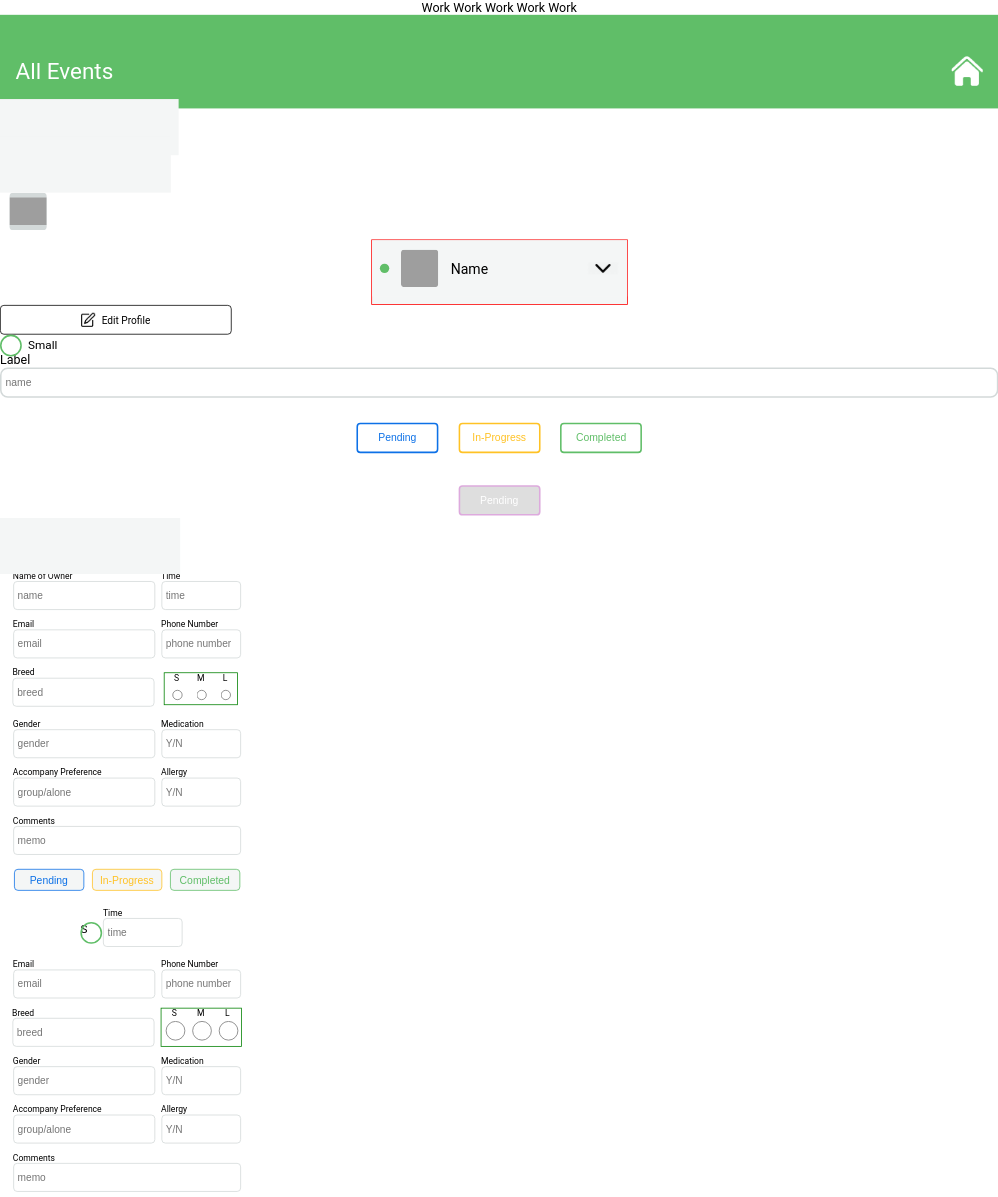
Repository: tanishap11/MDIA3109-Midterm
Page: / (app in midterm/)
The author's editor kept a copy of each file at every save. The page is drawn from the files as they stood at one save, then again after the next save.
The browser window is 1280 px wide. The pictures show the whole page, at 78% of full size.
Pictures or frames that could not be fetched are drawn as grey boxes. The project was rebuilt for these pictures with package versions that can differ from the ones it lists, and the page was loaded fresh each time. Also part of the build but not shown: midterm/src/comps/Avatar/index.js, midterm/src/comps/Dot/index.js.

Above is the page before, as saved 2021-02-04 19:30:35.

### midterm/src/App.js
import './App.scss';
import Main from 'pages/main';

function App() {
  return (
    <div className="App">
      Work Work Work Work Work
      <Main />
    </div>
  );
}

export default App;

### midterm/src/App.scss
.App {
  text-align: center;
  font-family: 'roboto';
}

### midterm/src/pages/main/index.js
import React, { useState, useEffect } from 'react';
import Upload from 'comps/Upload';
import Avatar from 'comps/Avatar';
import Dot from 'comps/Dot';
import Pro_box from 'comps/Pro_box';
import Oliver from '../../image/oliver.jpeg';
import Spotty from '../../image/spotty.png';
import {Pending, Progress, Completed} from 'comps/Dot';
import EditBtn from 'comps/EditButton';
import Banner from 'comps/Banner';
import FliterCheck from 'comps/FliterCheck';
import FilterButton from 'comps/FilterButton';
import ActiveFilterImage from '../../image/filter-active.png';

import Input from 'comps/Input';
import PendingButton from 'comps/ProgressBut/Pending';
import ProgressButton from 'comps/ProgressBut/InProgress';
import CompletedButton from 'comps/ProgressBut/Completed';
import LandingPage from 'comps/ProgressBut/Test';

import Input_box from 'comps/inputBox';
import FilterBox from 'comps/FilterBox';
// require('typeface-roboto');

const Main = () => {

  const [clickedButton, setClickedButton] = useState(null);

  const ButtonColorSelect = (name) =>{
    setClickedButton(name);
  }

  return <div className="main">
    <Banner />
    <FilterButton />
    <FilterButton name="Add" display="none" img=""/>
      <Upload />
      <Pro_box />
      <EditBtn />
      <FliterCheck />
      <Input /> <br/>
      <PendingButton
          colorChange={ButtonColorSelect}
          name="Pending"
        />
        {/* <br/><br/> */}
        <ProgressButton
          colorChange={ButtonColorSelect}
          name="Pending"
        />
        {/* <br/><br/> */}
       <CompletedButton
          colorChange={ButtonColorSelect}
          name="Pending"
        />
        <LandingPage></LandingPage>


      <FilterButton bgcolor="white" border="2px solid #60BE68" color="#60BE68" img={ActiveFilterImage}/>
      <Input_box />


      <FilterBox />
  </div>

}

export default Main;

### midterm/src/comps/Upload/index.js
import React from 'react';
import styled from 'styled-components';
import UploadImage from '../../image/upload.png';

const Container = styled.div`
min-width: ${props=>props.width ? props.width : "48px"};
min-height: ${props=>props.height ? props.height : "48px"};
max-width: ${props=>props.width ? props.width : "48px"};
max-height: ${props=>props.height ? props.height : "48px"};
// display: flex;
// flex-direction: column;
// justify-cotent: center;
align-items: center;
background-image: url(${props=>props.img ? props.img : UploadImage});
background-size: contain;
background-repeat: no-repeat;
background-position: center;
background-color: #D3D9D9;
border-radius: 5px;
margin: 12px;
`;

const Upload = ({width, height, img}) => {
    return <Container width={width} height={height} img={img}>

    </Container>
};

Upload.defaultProps = {
    width: null,
    height: null,
    img: null,
}

export default Upload;

### midterm/src/comps/EditButton/index.js
import React from 'react';
import styled from 'styled-components';
import Edit from '../../image/edit.png';


const Container = styled.div`
min-width: ${props=>props.width ? props.width : "295px"};
min-height: ${props=>props.height ? props.height : "36px"};
max-width: ${props=>props.width ? props.width : "295px"};
max-height: ${props=>props.height ? props.height : "36px"};
background-color: "#ffffff";
border-radius:5px;
border:black solid 1px;
display:flex;
justify-content:center;
align-items:center;
font-size:13px;

`;

const EditIcon = styled.div`
    min-width: ${props=>props.width ? props.width : "18px"};
    min-height: ${props=>props.height ? props.height : "18px"};
    max-width: ${props=>props.width ? props.width : "18px"};
    max-height: ${props=>props.height ? props.height : "18px"};
    background-image: url(${Edit});
    background-size: cover;
    background-repeat: no-repeat;
    background-position: center;
    margin-right:8px;
`;

const textBox = styled.div``;

const EditBtn = ({width, height, bgcolor, img, text}) => {
    return <Container width={width} height={height} bgcolor={bgcolor}>
        <EditIcon />
        <textBox>{text}</textBox>
    </Container>
};

EditBtn.defaultProps = {
    width: null,
    height: null,
    bgcolor: "#ffffff",
    img: null,
    text: "Edit Profile"
}

export default EditBtn;

### midterm/src/comps/Banner/index.js
import React from 'react';
import styled from 'styled-components';
import Home from '../../image/home.png';

const Container = styled.div`
min-width: ${props=>props.width ? props.width : "50%"};
min-height: ${props=>props.height ? props.height : "96px"};
max-width: ${props=>props.width ? props.width : "100vw"};
max-height: ${props=>props.height ? props.height : "auto"};
display: flex;
justify-content:space-between;
align-items: center;
color:${props=>props.bgcolor ? props.bgcolor : "#ffffff"};
background-color: ${props=>props.bgcolor ? props.bgcolor : "#60BE68"};
font-size: 1.8em;
padding:24px 20px 0px 20px;
`;

const HomeIcon = styled.div`
min-width: ${props=>props.width ? props.width : "40px"};
min-height: ${props=>props.height ? props.height : "38px"};
max-width: ${props=>props.width ? props.width : "40px"};
max-height: ${props=>props.height ? props.height : "38px"};
background-image: url(${Home});
background-size: cover;
background-repeat: no-repeat;
background-position: center;
`;

const Banner = ({width, height,color, bgcolor, text}) => {
    return <Container color={color} bgcolor={bgcolor} width={width} height={height}>
        {text}
        <HomeIcon />
    </Container>
};

Banner.defaultProps = {
    width: null,
    height: null,
    color:null,
    bgcolor: null,
    text: "All Events"
}

export default Banner;

### midterm/src/comps/Input/index.js
import React, {useState, useEffect} from 'react';
import styled from 'styled-components';

const Container = styled.div`
display:flex;
text-align:left;
flex-direction:column;
max-width:
`;

const InputBox = styled.input`
min-height:25px;
border-radius: 10px;
border: 2px solid #D3D9D9;
padding:5px;
`;



const Input = ({ title, name, width, height, bgcolor, onInputComplete, onContainerSelect }) => {

    const [username, setUsername] = useState("");




    return <Container OnClick={()=>{
        onContainerSelect(name);
    }} >
        <div className="title">{title}</div>
            <InputBox type='text' placeholder='name' onChange={(e)=>{
                setUsername(e.target.value);
            }}>{}</InputBox>

    </Container>
}

Input.defaultProps = {
    width: null,
    height: null,
    bgcolor: null,
    onInputComplete: () => {},
    onContainerSelect: () => {},
    title:'Label',
}

export default Input;








// const Container = styled.div`
// min-width:${props=>props.width ? props.width : "300px"};
// min-height:${props=>props.height ? props.height : "100px"};
// max-width:${props=>props.width ? props.width : "50%}"};
// max-height:${props=>props.height ? props.height : "300px"};
// padding:10px;
// display: flex;
// flex-direction:column;
// ${props => props.bgcolor && "background-color:"+props.bgcolor+";"}
// & > span {
//     margin:5px;
// }

// `;

// const InputBox = styled.input`
// min-height:25px;
// padding:5px;
// `;

// const Input = ({name}) =>{
//     return <Container>
//         <InputBox>
//             <div>{name}</div>
//         </InputBox>

//     </Container>
// }

// Input.defaultProps = {
//     name:'Comments',
// }

// export default Input;

### midterm/src/comps/ProgressBut/Pending/index.js
import React, {useState, useEffect} from 'react';
import styled from 'styled-components';
// import Button from '@material-ui/core/Button'

// const Button = styled.button`
//     padding: 10px 15px;
//     border-radius:5px;
//     min-height:26px;
//     min-width:90px;
//     color: #0D71E7;
//     border: 2px solid #0D71E7;
//     background-color: #ffffff;
//     cursor:pointer;
// `;

// function PendingButton() {
//     const [color, setColor]=useState('#DDD')
//     function customMe()
//     {
//         setColor('#ADD')
//     }
//     return (
//         <Button
//         color={color}
//         variant="outlined"
//         onClick={()=>customMe()}
//         >Pending
//         </Button>
//     )
// }












const FormButton = styled.button`
padding: 10px 15px;
border-radius:5px;
min-height:26px;
min-width:105px;
max-width:105px;
color: #0D71E7;
border: 2px solid #0D71E7;
background-color: #ffffff;
cursor: pointer;
margin:1%;
`;

const PendingButton = ({ name, width, height, bgcolor, colorChange, onContainerSelect }) => {

    const [username, setUsername] = useState("");
    const [pass, setPass] = useState("");
    const [msg, setMsg] = useState("");
    const [check1, setCheck1] = useState(false);
    const [check2, setCheck2] = useState(false);
    const [check3, setCheck3] = useState(false);


    useEffect(()=>{
        setCheck1(check3);
        setCheck2(check3);
    }, [check3]);

    useEffect(()=>{
        // alert("change bg");
    }, [bgcolor]);


    return<FormButton onClick={()=>{
            colorChange(name);
        }} bgcolor={bgcolor}>
            Pending
    </FormButton>

}

PendingButton.defaultProps = {
    width: null,
    height: null,
    bgcolor: null,
    colorChange: () => {},
}

export default PendingButton;

### midterm/src/comps/ProgressBut/InProgress/index.js
import React, {useState, useEffect} from 'react';
import styled from 'styled-components';
// import Button from '@material-ui/core/Button'

// const Button = styled.button`
//     padding: 10px 15px;
//     border-radius:5px;
//     min-height:26px;
//     min-width:90px;
//     color: #FFC225;
//     border: 2px solid #FFC225;
//     background-color: #ffffff;
//     cursor:pointer;
// `;

// function ProgressButton() {
//     const [color, setColor]=useState('#DDD')
//     function customMe()
//     {
//         setColor('#ADD')
//     }
//     return (
//         <Button
//         color={color}
//         variant="outlined"
//         onClick={()=>customMe()}
//         >Progress
//         </Button>
//     )
// }












const FormButton = styled.button`
padding: 10px 15px;
border-radius:5px;
min-height:26px;
min-width:105px;
max-width:105px;
color: #FFC225;
border: 2px solid #FFC225;
background-color: #ffffff;
cursor: pointer;
margin:1%;
`;

const ProgressButton = ({ name, width, height, bgcolor, colorChange, onContainerSelect }) => {

    const [username, setUsername] = useState("");
    const [pass, setPass] = useState("");
    const [msg, setMsg] = useState("");
    const [check1, setCheck1] = useState(false);
    const [check2, setCheck2] = useState(false);
    const [check3, setCheck3] = useState(false);


    useEffect(()=>{
        setCheck1(check3);
        setCheck2(check3);
    }, [check3]);

    useEffect(()=>{
        // alert("change bg");
    }, [bgcolor]);


    return<FormButton onClick={()=>{
            colorChange(name);
        }} bgcolor={bgcolor}>
            In-Progress
    </FormButton>

}

ProgressButton.defaultProps = {
    width: null,
    height: null,
    bgcolor: null,
    colorChange: () => {},
}

export default ProgressButton;

### midterm/src/comps/ProgressBut/Completed/index.js
import React, {useState, useEffect} from 'react';
import styled from 'styled-components';
// import Button from '@material-ui/core/Button'

// const Button = styled.button`
//     padding: 10px 15px;
//     border-radius:5px;
//     min-height:26px;
//     min-width:90px;
//     color: #60BE68;
//     border: 2px solid #60BE68;
//     background-color: #ffffff;
//     cursor:pointer;
// `;

// function CompletedButton() {
//     const [color, setColor]=useState('#DDD')
//     function customMe()
//     {
//         setColor('#ADD')
//     }
//     return (
//         <Button
//         color={color}
//         variant="outlined"
//         onClick={()=>customMe()}
//         >Completed
//         </Button>
//     )
// }












const FormButton = styled.button`
padding: 10px 15px;
border-radius:5px;
min-height:26px;
min-width:105px;
max-width:105px;
color: #60BE68;
border: 2px solid #60BE68;
background-color: #ffffff;
cursor: pointer;
margin:1%;
`;

const CompletedButton = ({ name, width, height, bgcolor, colorChange, onContainerSelect }) => {

    const [username, setUsername] = useState("");
    const [pass, setPass] = useState("");
    const [msg, setMsg] = useState("");
    const [check1, setCheck1] = useState(false);
    const [check2, setCheck2] = useState(false);
    const [check3, setCheck3] = useState(false);


    useEffect(()=>{
        setCheck1(check3);
        setCheck2(check3);
    }, [check3]);

    useEffect(()=>{
        // alert("change bg");
    }, [bgcolor]);


    return<FormButton onClick={()=>{
            colorChange(name);
        }} bgcolor={bgcolor}>
            Completed
    </FormButton>

}

CompletedButton.defaultProps = {
    width: null,
    height: null,
    bgcolor: null,
    colorChange: () => {},
}

export default CompletedButton;

### midterm/src/comps/ProgressBut/Test/index.js
import React, { Component } from 'react';
import styled from 'styled-components';

const Container = styled.div`
  .buttonthink {
      padding: 10px 15px;
      border-radius:5px;
      min-height:26px;
      min-width:105px;
      max-width:105px;
      color: white;
      border: 2px solid #DAD;
      background-color: #grey;
      cursor: pointer;
      margin:1%;
  }
`;

class LandingPage extends Component {



  constructor(props) {
    super(props);

    this.state = {
      name: '',
      message: '',
      list: [],

      font: "black",
      color: "#dedede"


    }
  }


 onChange = () => {
  var left = document.querySelectorAll(".left");
  if (this.state.color === '#dedede'){
    this.setState({ color: '#DAD' });
  }
  else {
    this.setState({ color: '#dedede' });
  }
}

  render() {
    return <Container className='container'>

      {/* messages will be listed here */}
      <div className='messagesDiv' id='messagesDivId'>
        <ul>
          {/* List array is mapped through*/}
          {this.state.list.map(item => {
            return (
              <li className={(item.name === this.state.name ? 'right' : 'left')}
              style={{ color: this.state.font }}
                key={item.id}
                id={item.id}>
                {item.name}: {item.message}
              </li>
            )
          })}
        </ul>
      </div>

      {/*think, delete options*/}

      <button className='buttonthink' style={{ backgroundColor: this.state.color,  }} onClick={this.onChange}>Pending</button>

    </Container>
  }
}

export default LandingPage;

### midterm/src/comps/inputBox/index.js
import React, { useState, useEffect } from 'react';
import styled from 'styled-components';


const Container = styled.div`
    width: 325px;
    height:auto;
    display:flex;
    flex-direction:column;
    justify-content:center;
    align-items:center;
    // border: solid 1px red;
`;

const InputRow = styled.div`
    display:flex;
    justify-content:center;
    div{
        display:inline-flex;
        flex-direction:column;
        align-items:flex-start;
        margin:6px 4px;
    }
`;
const InputRadio = styled.div`
    display:inline-flex !important;
    flex-direction:row !important;
    border: 1px solid green;
    margin-left: 6px;
    div{
        display:flex;
        align-items:center;
        margin: 0px 5px;
    }
`;

const InputLabel = styled.label`
    font-size: 11px;

`
const InputForm = styled.input`
    min-width: ${props=>props.width ? props.width : "90px"};
    min-height: ${props=>props.height ? props.height: "28px"};
    max-width: ${props=>props.width ? props.width : "280px"};
    overflow:hidden;
    font-size:13px;
    border: 1px solid #D3D9D9;
    border-radius:5px;
    min-height:25px;
    padding:5px;

`;

const InputRadioForm = styled.input`
    min-width: ${props=>props.width ? props.width : "12px"};
    min-height: ${props=>props.height ? props.height: "24px"};
    overflow:hidden;
`;
export const Pending = "#0D71E7";
export const Progress = "#FFC225";
export const Completed = "#60BE68";

const ButtonRow = styled.div`
    display:flex;
    align-items:space-between;
    justify-contents:center;
`;
const ProcessBtn = styled.button`
    min-width: ${props=>props.width ? props.width : "90px"};
    min-height: ${props=>props.height ? props.height: "28px"};
    border: ${props=>props.bdcolor ?  "1px solid"+props.bdcolor+";" : "none"};
    border-radius:5px;
    color:${props=>props.ftcolor ? props.ftcolor : "#F4F6F6" };
    background-color:${props=>props.bgcolor ?  "#F4F6F6" : props.bgcolor};
    :active, :focus{
        background-color:${props=>props.bgcolor ? props.bgcolor : "#F4F6F6"};
        color:${props=>props.ftcolor ? "#F4F6F6" : props.ftcolor};
    }
    margin:12px 5px 16px 5px;
`;


const Input_box = ({ width, height,text, bgcolor, bdcolor, ftcolor, onBtnSelect}) => {

    return <Container width={width} height={height}>
        <InputRow>
            <div>
                <InputLabel for="owner" >Name of Owner</InputLabel>
                <InputForm width="170px" height={height}  type='text' placeholder='name' />
            </div>
            <div>
                <InputLabel for="time" >Time</InputLabel>
                <InputForm width="90px" height={height}  type='text' placeholder='time' />
            </div>
        </InputRow>
        <InputRow>
            <div>
                <InputLabel for="email" >Email</InputLabel>
                <InputForm width="170px" height={height}  type='text' placeholder='email' />
            </div>
            <div>
                <InputLabel for="phone" >Phone Number</InputLabel>
                <InputForm width="90px" height={height}  type='text' placeholder='phone number' />
            </div>
        </InputRow>
        <InputRow>
            <div>
                <InputLabel for="breed" >Breed</InputLabel>
                <InputForm width="170px" height={height}  type='text' placeholder='breed' />
            </div>
            <div>
                <InputRadio>
                    <div>
                        <InputLabel for="size" >S</InputLabel>
                        <InputRadioForm type='radio' value='small' />
                    </div>
                    <div>
                        <InputLabel for="size" >M</InputLabel>
                        <InputRadioForm  type='radio' value='medium' />
                    </div>
                    <div>
                        <InputLabel for="size" >L</InputLabel>
                        <InputRadioForm type='radio' value='large' />
                    </div>
                </InputRadio>
            </div>
        </InputRow>

        <InputRow>
            <div>
                <InputLabel for="gender" >Gender</InputLabel>
                <InputForm width="170px" height={height}  type='text' placeholder='gender' />
            </div>
            <div>
                <InputLabel for="medication" >Medication</InputLabel>
                <InputForm width="90px" height={height}  type='text' placeholder='Y/N' />
            </div>
        </InputRow>
        <InputRow>
            <div>
                <InputLabel for="preference" >Accompany Preference</InputLabel>
                <InputForm width="170px" height={height}  type='text' placeholder='group/alone' />
            </div>
            <div>
                <InputLabel for="allergy" >Allergy</InputLabel>
                <InputForm width="90px" height={height}  type='text' placeholder='Y/N' />
            </div>
        </InputRow>
        <InputRow>
            <div>
                <InputLabel for="comments" >Comments</InputLabel>
                <InputForm width="280px" height="auto"  type='text' placeholder='memo' />
            </div>
        </InputRow>

        <ButtonRow>
            <ProcessBtn onClick={()=>{
                // onBtnSelect("bg");
            }}
             bgcolor={Pending} bdcolor={Pending} ftcolor={Pending} >Pending</ProcessBtn>
            <ProcessBtn bgcolor={Progress} bdcolor={Progress} ftcolor={Progress} >In-Progress</ProcessBtn>
            <ProcessBtn bgcolor={Completed} bdcolor={Completed} ftcolor={Completed} >Completed</ProcessBtn>
        </ButtonRow>

    </Container>
};

Input_box.defaultProps = {
    width: null,
    height: null,
    text:"label",
    bgcolor:null,
    bdcolor:null,
    ftcolor:"#FFC225"
}

export default Input_box;

Loaded but not shown: midterm/public/index.html (common file); midterm/src/index.js (common file); midterm/src/index.css (common file); midterm/src/reportWebVitals.js (common file); midterm/src/comps/Pro_box/index.js (177 lines, source omitted); midterm/src/comps/FilterBox/index.js (175 lines, source omitted); midterm/src/comps/FilterButton/index.js (178 lines, source omitted); midterm/src/comps/FliterCheck/index.js (93 lines, source omitted)

After the next save:
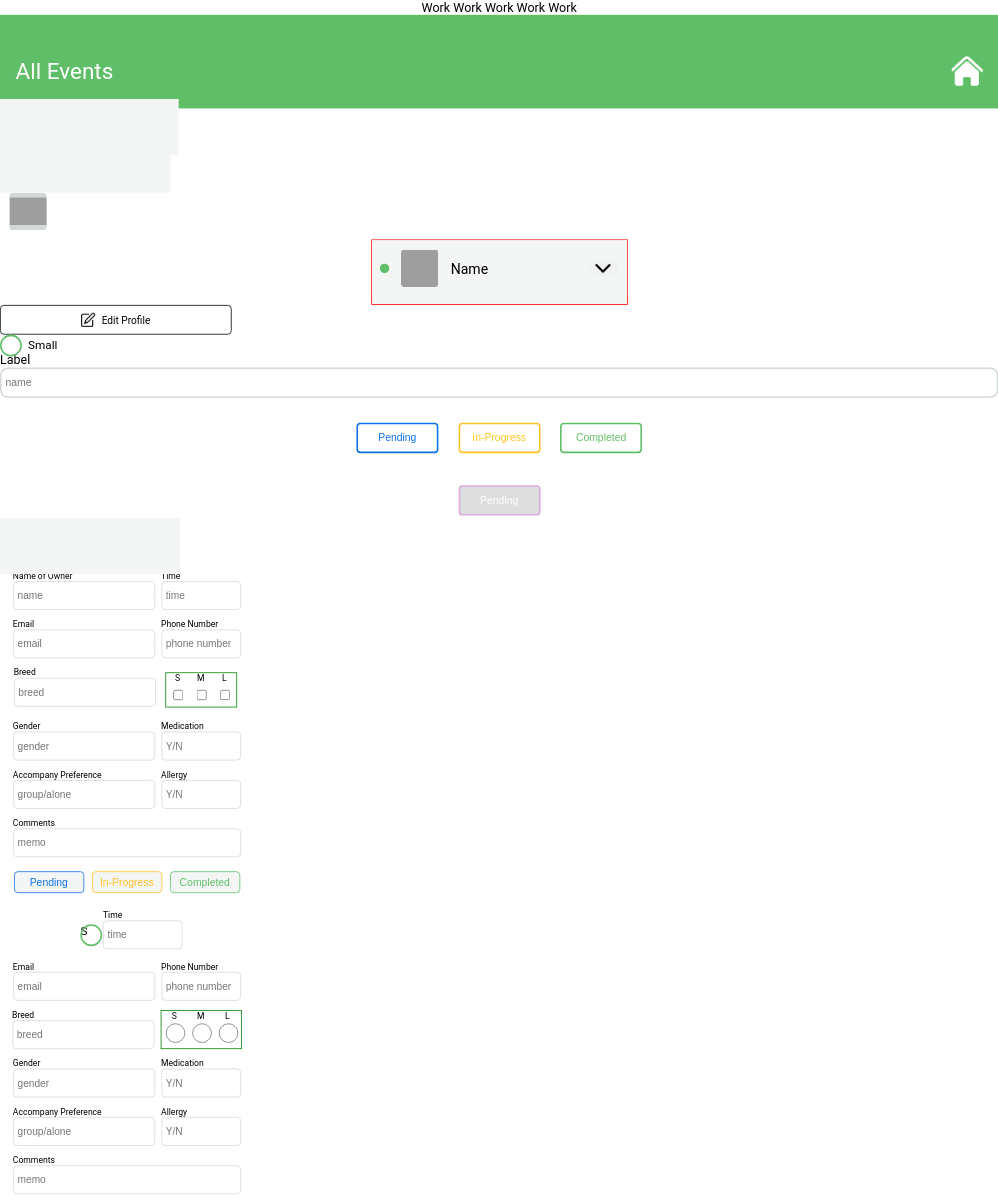
Saved 6 min 2 s later.
--- a/midterm/src/comps/inputBox/index.js
+++ b/midterm/src/comps/inputBox/index.js
@@ -112,15 +112,15 @@ const Input_box = ({ width, height,text, bgcolor, bdcolor, ftcolor, onBtnSelect}
                 <InputRadio>
                     <div>
                         <InputLabel for="size" >S</InputLabel>
-                        <InputRadioForm type='radio' value='small' />
+                        <InputRadioForm type="checkbox" value='small' />
                     </div>
                     <div>
                         <InputLabel for="size" >M</InputLabel>
-                        <InputRadioForm  type='radio' value='medium' />
+                        <InputRadioForm  type="checkbox" value='medium' />
                     </div>
                     <div>
                         <InputLabel for="size" >L</InputLabel>
-                        <InputRadioForm type='radio' value='large' />
+                        <InputRadioForm type="checkbox" value='large' />
                     </div>
                 </InputRadio>
             </div>
